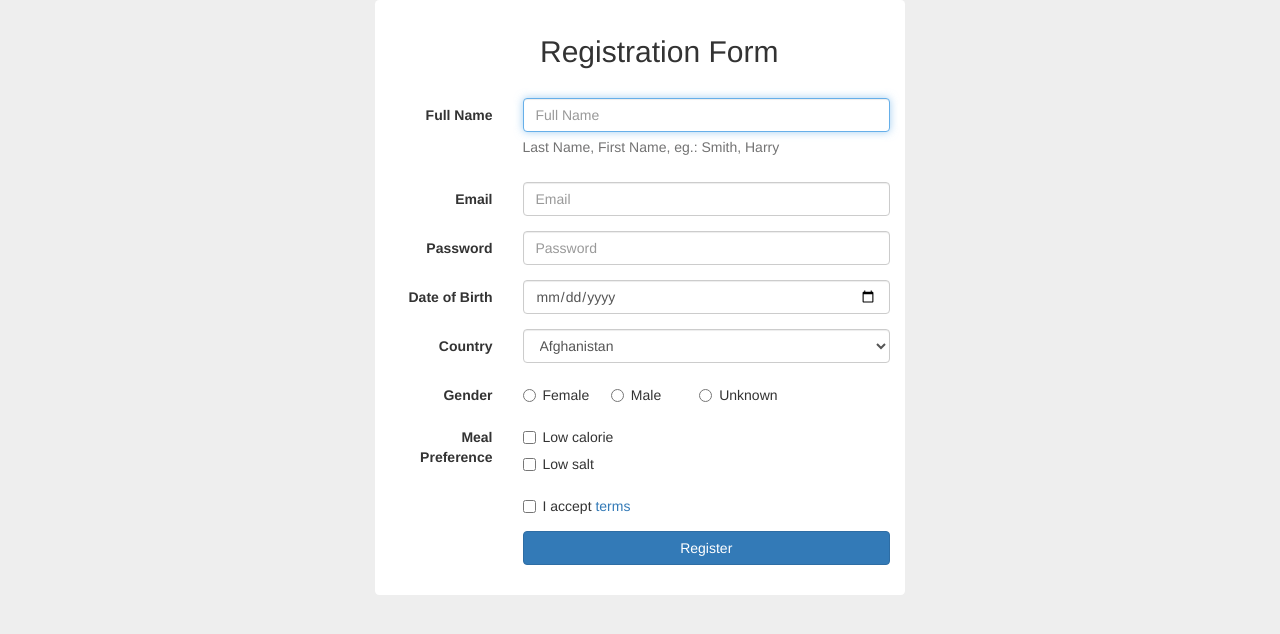
Repository: MeghaNagari/PracticeAtVMC
Page: Practice/VuePractice/WebContent/LoginDisplay.html
An editor plug-in stored every save of this project. The page is shown before and after the next save, followed by the edit.
The browser window is 1280 px wide. The pictures show the whole page.
Some web libraries are served in a nearby version.

Above is the page before, as saved 2018-03-20 17:15:14.
Console error (its wording comes from the project's code and is left out).

After the next save:
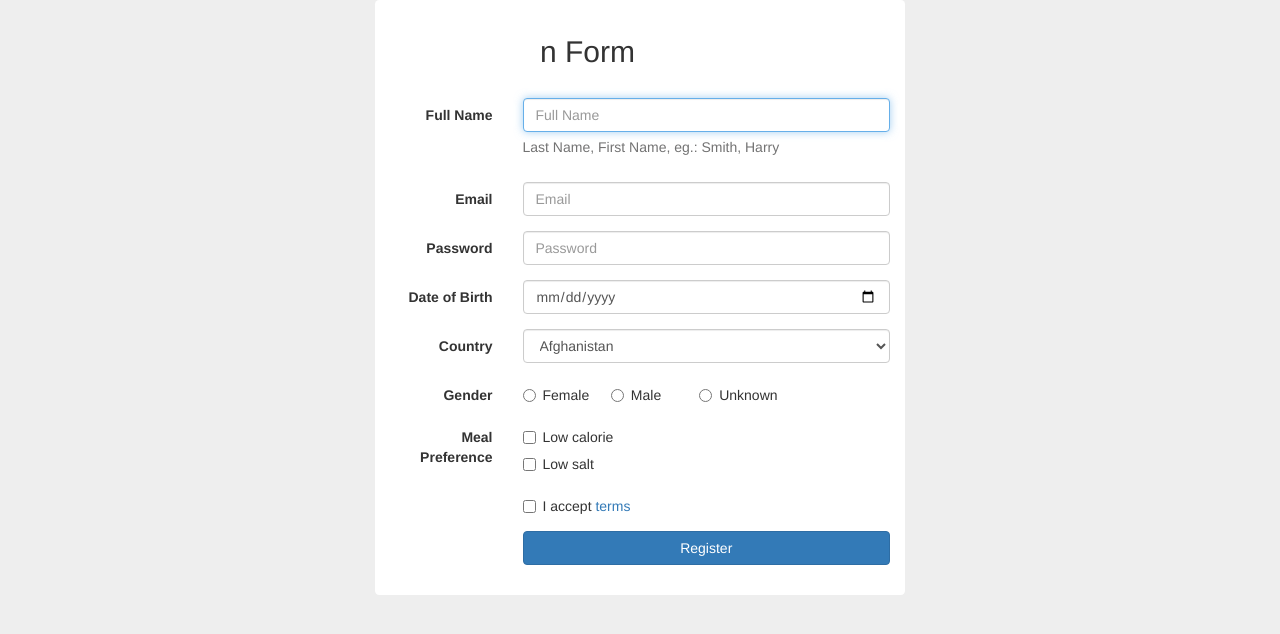
Saved 2 min 37 s later.
--- a/Practice/VuePractice/WebContent/LoginDisplay.html
+++ b/Practice/VuePractice/WebContent/LoginDisplay.html
@@ -6,30 +6,30 @@
 
 <div class="container">
             <form class="form-horizontal" role="form">
-                <h2>Registration Form</h2>
+                <h2>n Form</h2>
                 <div class="form-group">
                     <label for="firstName" class="col-sm-3 control-label">Full Name</label>
                     <div class="col-sm-9">
-                        <input type="text" id="firstName" placeholder="Full Name" class="form-control" autofocus>
+                        <input type="text" v-model="firstName" placeholder="Full Name" class="form-control" autofocus>
                         <span class="help-block">Last Name, First Name, eg.: Smith, Harry</span>
                     </div>
                 </div>
                 <div class="form-group">
                     <label for="email" class="col-sm-3 control-label">Email</label>
                     <div class="col-sm-9">
-                        <input type="email" id="email" placeholder="Email" class="form-control">
+                        <input type="email" v-model="email" placeholder="Email" class="form-control">
                     </div>
                 </div>
                 <div class="form-group">
                     <label for="password" class="col-sm-3 control-label">Password</label>
                     <div class="col-sm-9">
-                        <input type="password" id="password" placeholder="Password" class="form-control">
+                        <input type="password" v-model="password" placeholder="Password" class="form-control">
                     </div>
                 </div>
                 <div class="form-group">
                     <label for="birthDate" class="col-sm-3 control-label">Date of Birth</label>
                     <div class="col-sm-9">
-                        <input type="date" id="birthDate" class="form-control">
+                        <input type="date" v-model="birthDate" class="form-control">
                     </div>
                 </div>
                 <div class="form-group">
